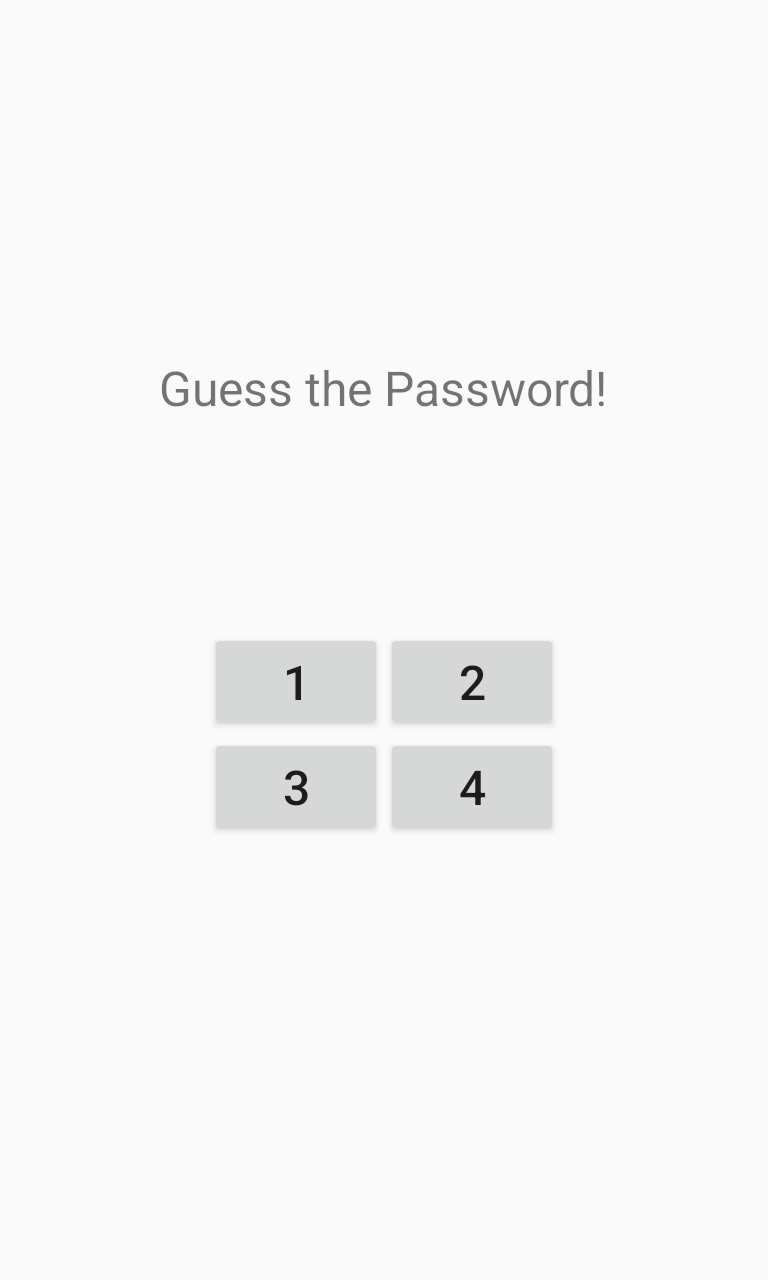
Repository: cryder3/csc303
Layout: Challenge1/res/layout/activity_topsecret.xml
The author's editor kept a copy of each file at every save. The layout is drawn from the files as they stood at one save, then again after the next save.
It is drawn on a 768 x 1280 px phone screen (xhdpi) without system bars, with theme AppTheme; the app's code is not run.

Above is the layout before, as saved 2014-09-10 15:49:52.

After the next save:
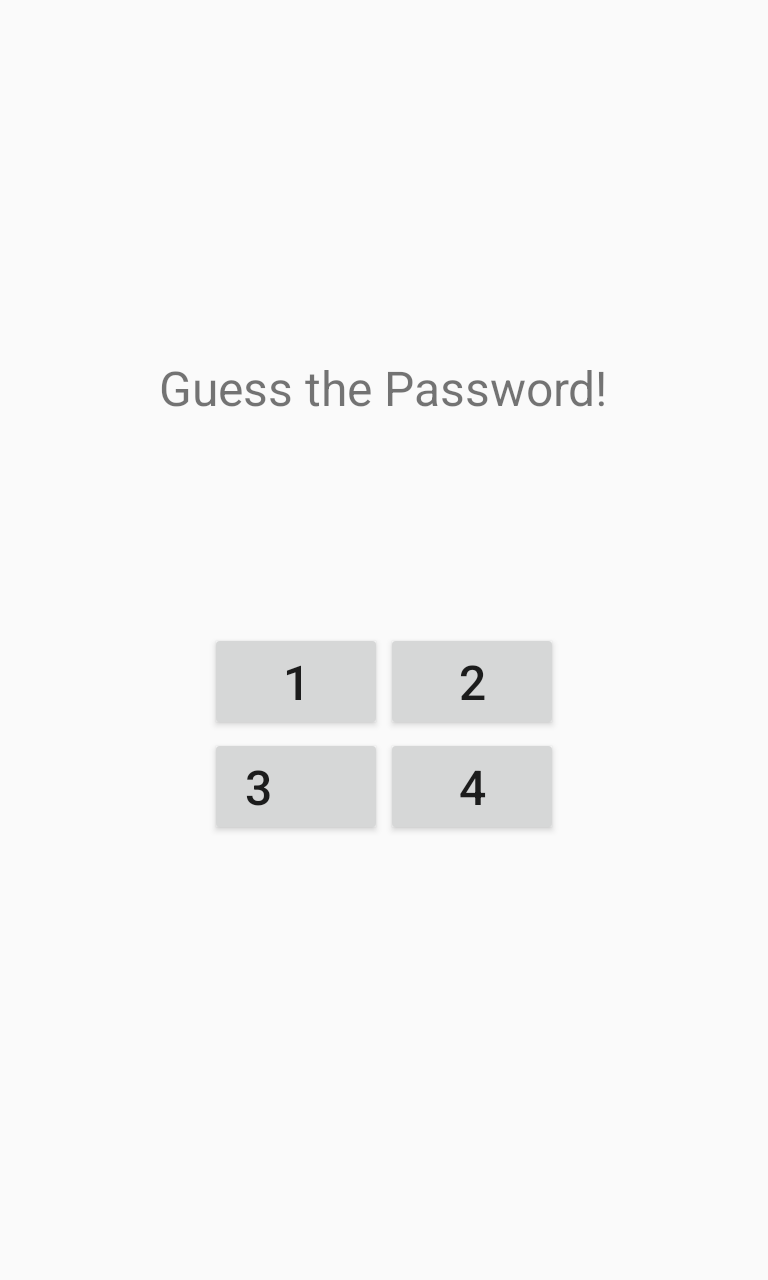
Saved 29 s later.
--- a/Challenge1/res/layout/activity_topsecret.xml
+++ b/Challenge1/res/layout/activity_topsecret.xml
@@ -56,7 +56,7 @@
             android:layout_width="wrap_content"
             android:layout_height="wrap_content"
             android:textSize="24dp"
-            android:marginRight="50dp"
+            android:paddingRight="50dp"
             android:text="@string/three" />
 
         <Button

After the save that followed:
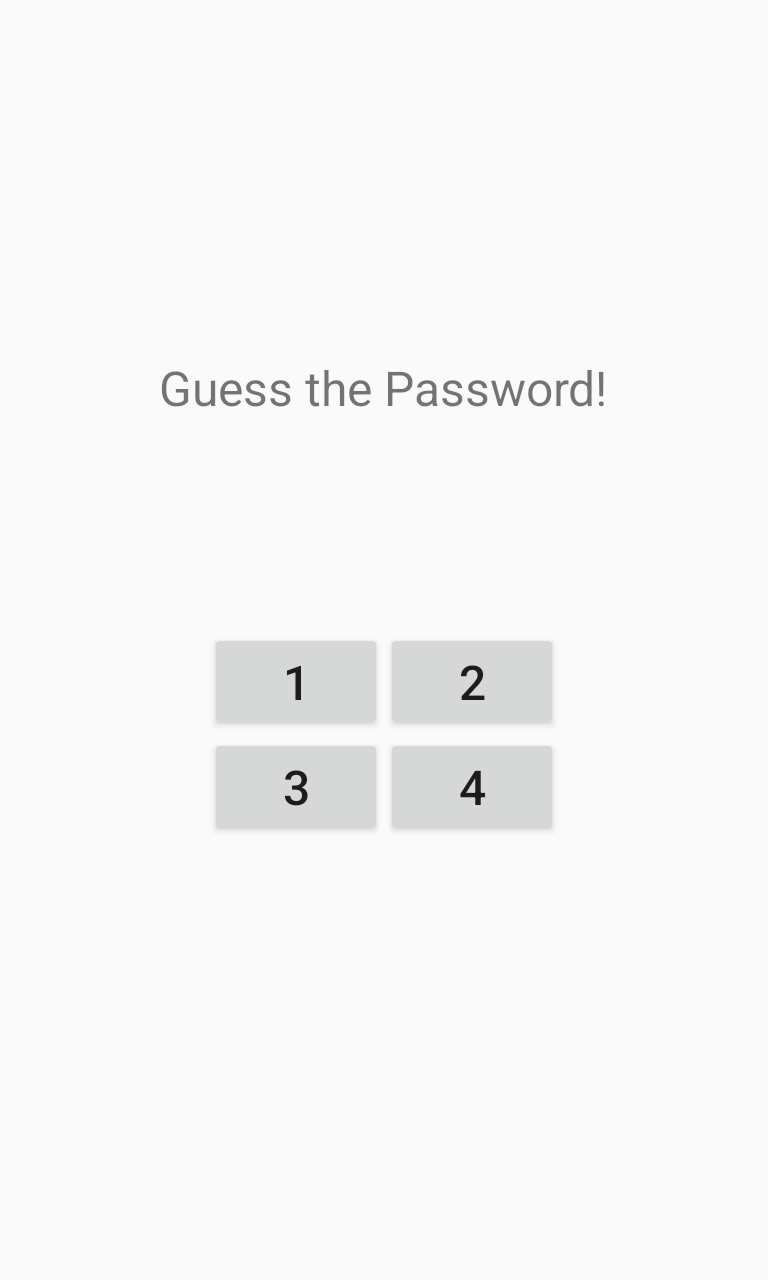
Saved 31 s later.
--- a/Challenge1/res/layout/activity_topsecret.xml
+++ b/Challenge1/res/layout/activity_topsecret.xml
@@ -56,7 +56,7 @@
             android:layout_width="wrap_content"
             android:layout_height="wrap_content"
             android:textSize="24dp"
-            android:paddingRight="50dp"
+            android:marginRight="50dp"
             android:text="@string/three" />
 
         <Button
